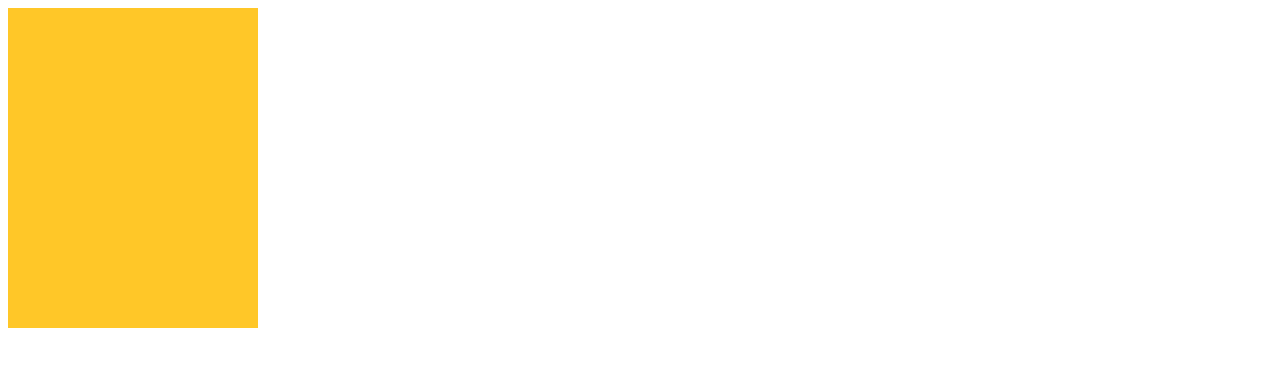
Repository: maixuanhieu/giftcard
Page: index.html
An editor plug-in stored every save of this project. The page is shown before and after the next save, followed by the edit.
The browser window is 1280 px wide. The pictures show the whole page.
The style sheet was rebuilt from its Sass, Less or Tailwind sources for each picture, by a compiler version that may differ from the author's.

Above is the page before, as saved 2021-11-16 13:55:31.

### index.html
<!DOCTYPE html>
<html lang="en">

<head>
    <meta charset="UTF-8">
    <meta http-equiv="X-UA-Compatible" content="IE=edge">
    <meta name="viewport" content="width=device-width, initial-scale=1.0">
    <title>CSS Flip Card</title>
    <link rel="stylesheet" href="style.css">
</head>

<body>
    <div class="maincontainer">

        <div class="thecard"></div>

        <div class="thefront"></div>

        <div class="theback"></div>

    </div>
</body>

</html>

### style.scss
.maincontainer{
    position: relative;
    width: 250px;
    height: 320px;
    background: green;
}

.thecard{
    position: absolute;
    width: 100%;
    height: 100%;
    transform-style: preserve-3d;
    transition: all 0.5s ease;
    background: yellow;
}

.thefront{
    position: absolute;
    width: 100%;
    height: 100%;
    backface-visibility: hidden;
    background: #ffc728;
    color: #333;
}

.theback{
    position: absolute;
    width: 100%;
    height: 100%;
    backface-visibility: hidden;
    background: #ffc728;
    color: #333;
}

After the next save:
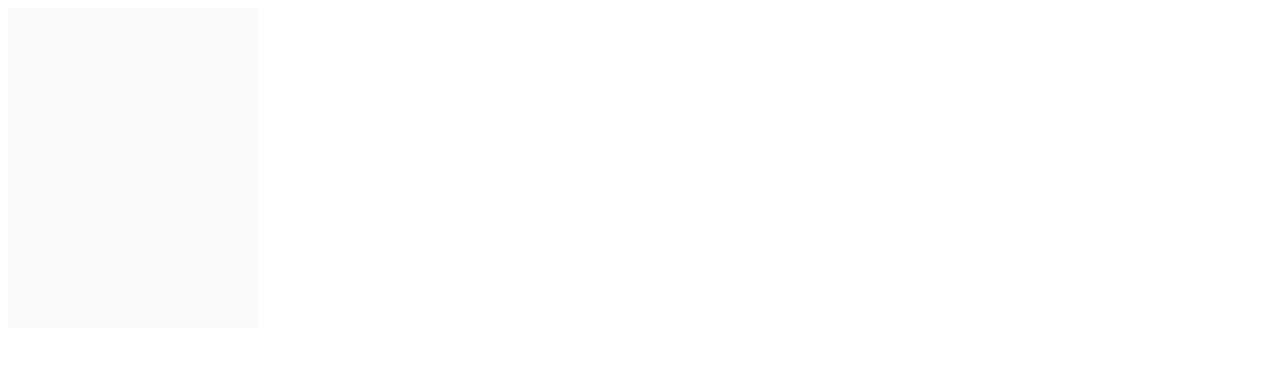
Saved 12 s later.
--- a/style.scss
+++ b/style.scss
@@ -28,6 +28,6 @@
     width: 100%;
     height: 100%;
     backface-visibility: hidden;
-    background: #ffc728;
+    background: #fafafa;
     color: #333;
 }

After the 5 saves that followed:
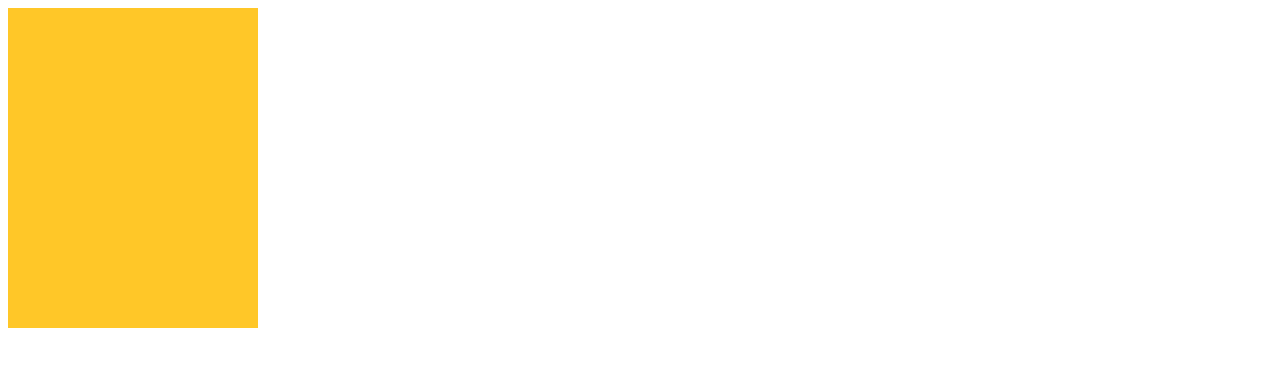
The 5 saves are shown as one change because 1 did not build or start and some came seconds apart.
The last was saved 25 s later.
--- a/style.scss
+++ b/style.scss
@@ -30,4 +30,5 @@
     backface-visibility: hidden;
     background: #fafafa;
     color: #333;
+    transform: rotateY(180deg);
 }
